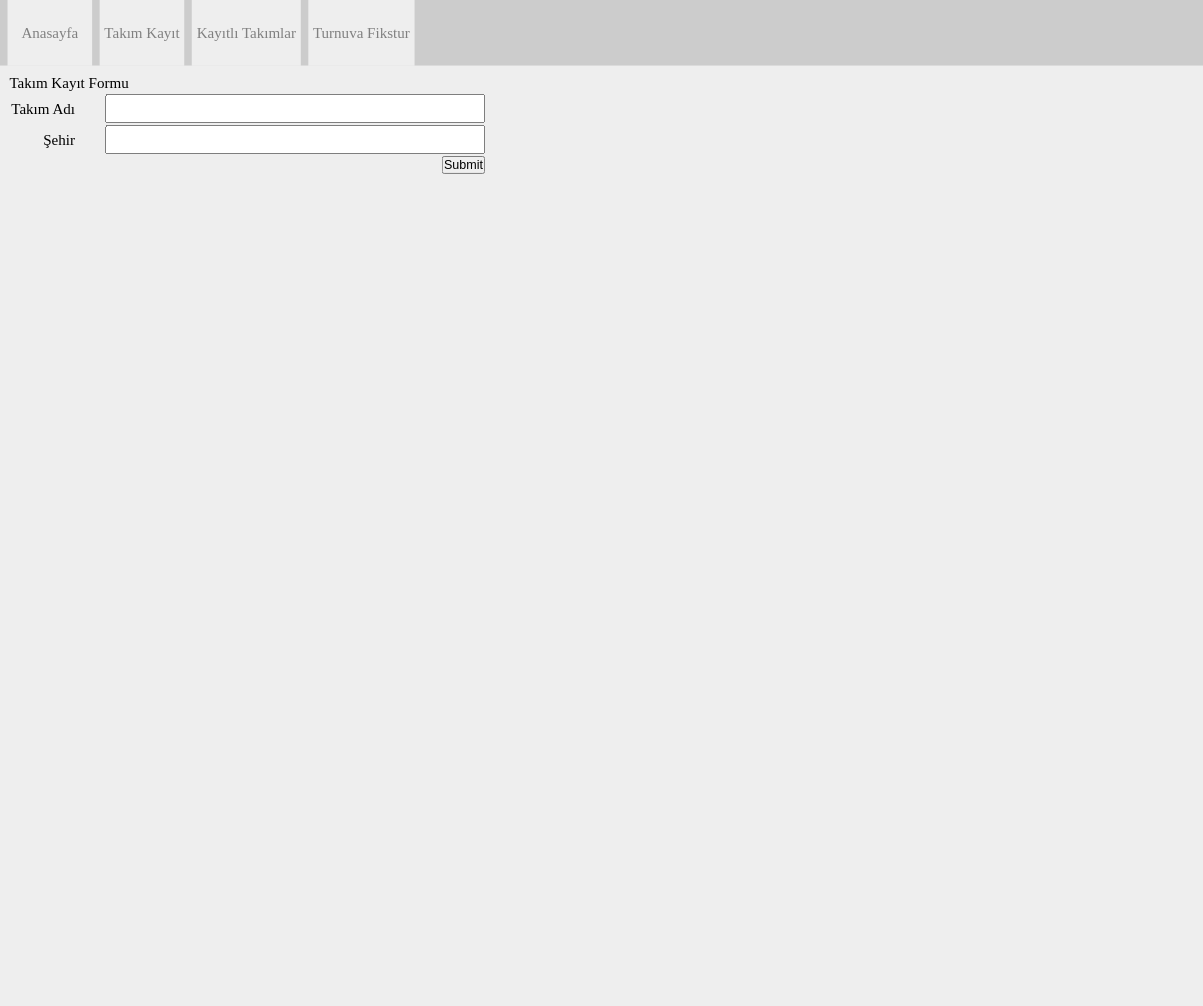
Repository: oktembaris77/internet_final
Page: http://localhost/internetfinal/takim_kayit.jsp
An editor plug-in stored every save of this project. The page is shown before and after the next save, followed by the edit.
The browser window is 1280 px wide. The pictures show the whole page, at 94% of full size.
The page is served by Tomcat 9.

Above is the page before, as saved 2020-05-11 20:03:05.

After the next save:
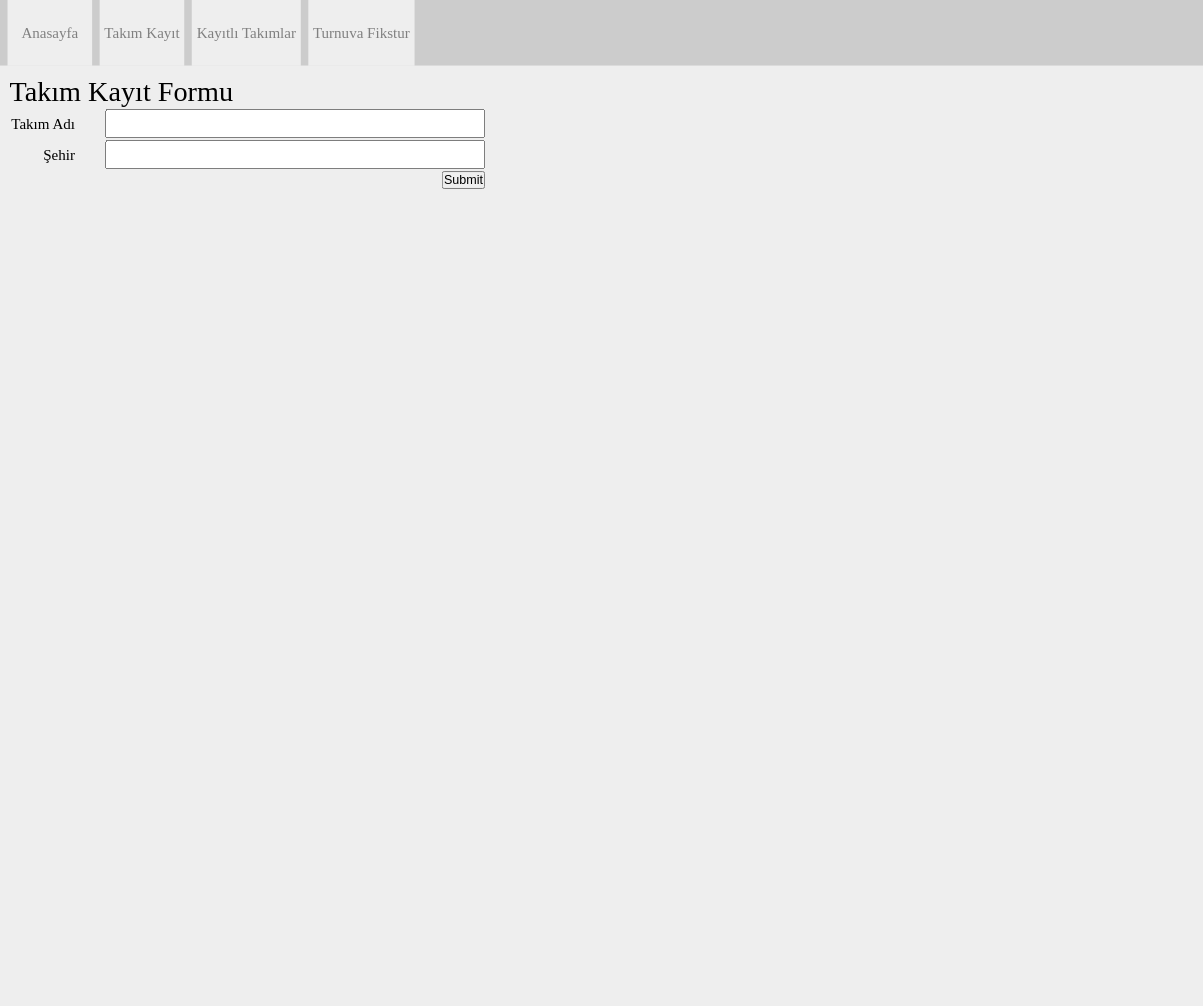
Saved 26 s later.
--- a/internetfinal/WebContent/takim_kayit.jsp
+++ b/internetfinal/WebContent/takim_kayit.jsp
@@ -61,6 +61,9 @@
 width: 400px;
 margin-left:30px;
 }
+.baslik{
+font-size:30px;
+}
 </style>
 </head>
 <body>
@@ -80,7 +83,7 @@
 	</div>
 
 	<div id="icerik">
-	<p>Takım Kayıt Formu</p>
+	<p class="baslik">Takım Kayıt Formu</p>
 		<form name="takimkayit" action="TakimKayitServlet" method="post">
 			<table>
 				<tr>
